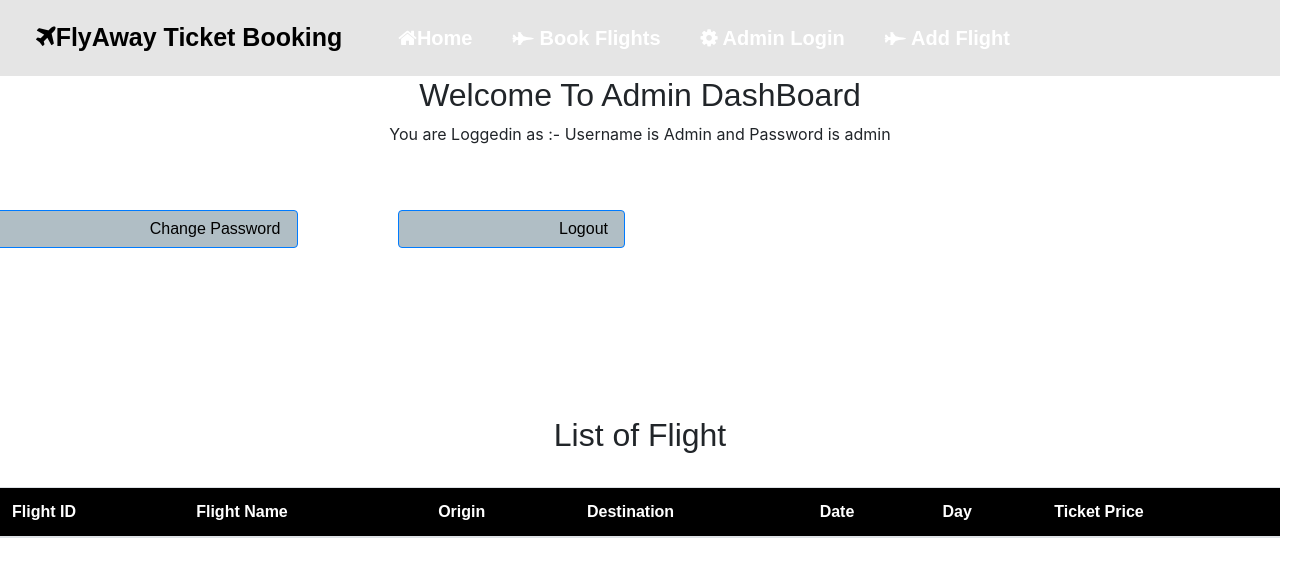
Repository: sayrabano/Phase2-project
Page: http://localhost/FlyAway/adminDashboard.jsp
The author's editor kept a copy of each file at every save. The page is drawn from the files as they stood at one save, then again after the next save.
The browser window is 1280 px wide. The page is 1295 px wide, so the pictures cover 1295 px, including what lies to the right of the window. The pictures show the whole page.
Some web fonts or font styles are not loaded; a fallback is used. The page is served by Tomcat 9. Other server files are loaded and not shown. Queries for data that is not in the repository find no rows.

Above is the page before, as saved 2021-09-24 20:12:56.

### FlyAway/src/main/webapp/adminDashboard.jsp
<%@ page language="java" contentType="text/html; charset=ISO-8859-1"
	pageEncoding="ISO-8859-1"%>
<%@page import="java.sql.*"%>
<%@page import=" com.flyaway.LogIn"%>

<%
String driverName = "com.mysql.cj.jdbc.Driver";
String Url = "jdbc:mysql://localhost:3306/flyaway";

String userId = "root";
String password = "say123";

try {
	Class.forName(driverName);
} catch (ClassNotFoundException e) {
	e.printStackTrace();
}
Connection connection = null;
Statement statement = null;
ResultSet resultSet = null;
%>

<!DOCTYPE html>
<html>
<head>
<meta charset="ISO-8859-1">
<title>FlyAway</title>
<link rel="stylesheet"
	href="https://cdnjs.cloudflare.com/ajax/libs/font-awesome/4.7.0/css/font-awesome.min.css">
<!-- Required meta tags -->
<meta charset="utf-8">
<meta name="viewport"
	content="width=device-width, initial-scale=1, shrink-to-fit=no">

<!-- Bootstrap CSS -->
<link rel="stylesheet"
	href="https://maxcdn.bootstrapcdn.com/bootstrap/4.0.0/css/bootstrap.min.css"
	integrity="sha384-Gn5384xqQ1aoWXA+058RXPxPg6fy4IWvTNh0E263XmFcJlSAwiGgFAW/dAiS6JXm"
	crossorigin="anonymous">
<link rel="stylesheet"
	href="https://cdnjs.cloudflare.com/ajax/libs/font-awesome/4.7.0/css/font-awesome.min.css">
<link
	href="https://fonts.googleapis.com/css2?family=Baloo+Bhai+2:wght@500&display=swap"
	rel="stylesheet">
<link
	href="https://fonts.googleapis.com/css2?family=Ubuntu:ital,wght@1,700&display=swap"
	rel="stylesheet">
<link rel="stylesheet" href="CSS/style7.css" />
<style>
</style>
</head>

<body>

	<nav class="navbar navbar-expand-lg navbar-light bg-custom" id="navbar">





		<a class="navbar-brand" id="tag"><i class="fa fa-plane"
			aria-hidden="true"></i>FlyAway Ticket Booking</a>


		<div class="collapse navbar-collapse" id="navbarSupportedContent">
			<ul class="navbar-nav mr-auto">
				<li class="nav-item"><a class="nav-link" href="Home.jsp"> <i
						class="fa fa-home" aria-hidden="true"></i>Home
				</a></li>

				<li class="nav-item"><a class="nav-link"
					href="option-flightsearch.jsp"><i class="fa fa-fighter-jet"></i>
						Book Flights </a></li>
				<li class="nav-item"><a href="Login.jsp" class="nav-link"><i
						class="fa fa-gear"></i> Admin Login</a></li>
						<li class="nav-item"><a href="#" class="nav-link">
						<i class="fa fa-fighter-jet"></i> Add Flight</a></li>




			</ul>



		</div>

	</nav>


	<div>
		<h2>Welcome To Admin DashBoard</h2>
		<p style="text-align:center;">You are Loggedin as :- Username is <%=LogIn.username %>  and Password is <%=LogIn.password %> </p>

	<br><br>

	</div>
	<div class="row" align="center">
	<div class="col-lg-3 col-md-4 col-sm-4 mb-4">
           <form action="Changepassword.jsp" method="get">
           <button type="submit" class="btn btn-primary btn">Change Password</button>
		</form>
        </div>
        <div class="col-lg-3 col-md-4col-sm-6 mb-4">
            <form action="LogOut" method="get">
           <button type="submit" class="btn btn-primary btn">Logout</button>
		</form>
        </div>

        </div>
        </div>
         <br><br><br><br><br><br>
               <center><h2>List of Flight</h2></center><br>

				<table class="table table-bodered table striped" align="center">
					<thead class="thead">
						<tr>
							<th scope="col">Flight ID</th>
							<th scope="col">Flight Name</th>
							<th scope="col">Origin</th>
							<th scope="col">Destination</th>
							<th scope="col">Date</th>
							<th scope="col">Day</th>
							<th scope="col">Ticket Price</th>
						</tr>
					</thead>
					<tbody class="tbody">


						<%
						try {
							connection = DriverManager.getConnection(Url, userId, password);
							statement = connection.createStatement();
							String sql = "SELECT * FROM flight_list";
							resultSet = statement.executeQuery(sql);
							while (resultSet.next()) {
						%>
						<tr>
							<td><%=resultSet.getString("Id")%></td>
							<td><%=resultSet.getString("Flight")%></td>
							<td><%=resultSet.getString("Origin")%></td>
							<td><%=resultSet.getString("Destination")%></td>
							<td><%=resultSet.getString("Day")%></td>
							<td><%=resultSet.getString("Date")%></td>
							<td><%=resultSet.getString("Ticket_Price")%></td>
						</tr>
						<%
						}
						} catch (Exception e) {
						e.printStackTrace();
						}

						%>
					</tbody>
				</table>

</body>
</html>

### FlyAway/src/main/webapp/CSS/style7.css
@charset "ISO-8859-1";
@charset "ISO-8859-1";

#navbar{
background-color:rgba(0,0,0,.1) ;
font-family:'Ubuntu', sans-serif;

}


#navbar ul li a{
	color:white;

	font-size:20px;
	font-weight:bold;
	padding:15px 20px;

}
#navbar ul li a:hover{
	color:black;
	background-color:white;
	border-radius:18px;


}


#tag{
	font-size:25px;
 color:black;
 font-weight:bold;


	float:right;
	padding: 10px 20px;

}
#gear{
	margin:2px;
	padding:10px;



}
#gear a:hover{



	background-color:white;


}
h2{
	text-align:center;
	font-family:'Ubuntu', sans-serif;
}
.btn{
	color:black;
	padding-left:10rem;
	padding-right:1rem;
	margin-top: 15;

   background-color:#b0bec5;
	font-family:'Ubuntu', sans-serif;
	float:right;
    display:flex;


}
.thead{
	background-color:#000000;
	font-family:'Ubuntu', sans-serif;
	color:white;
}
.tbody{
	background-color:#b0bec5;
	font-family:'Ubuntu', sans-serif;
}

After the next save:
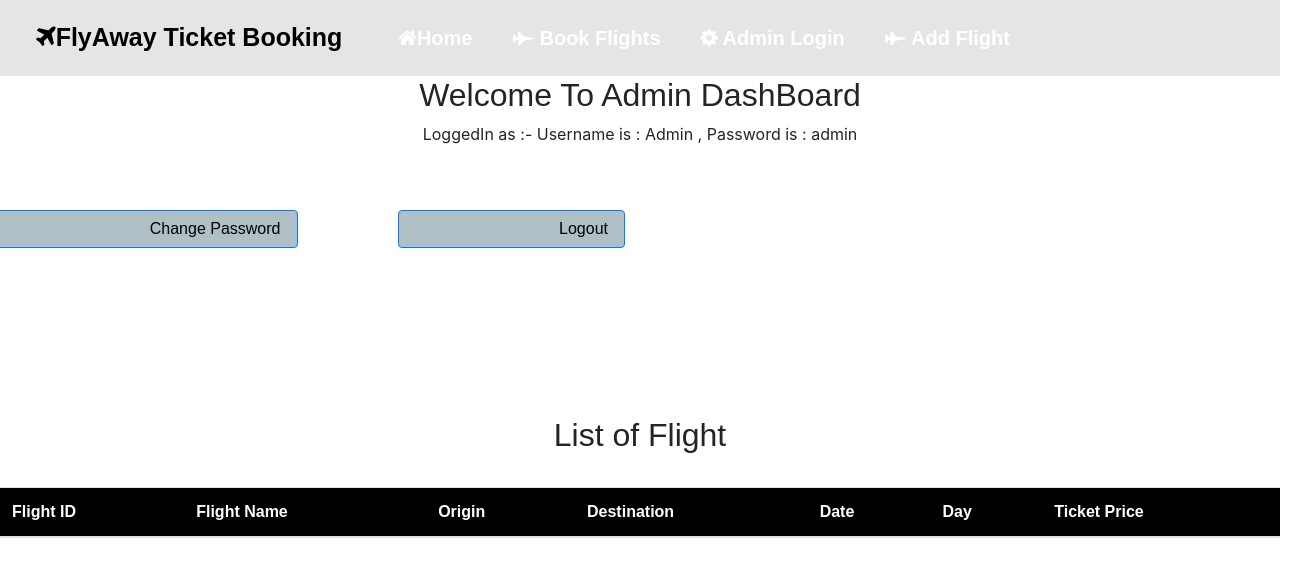
Saved 85 s later.
--- a/FlyAway/src/main/webapp/adminDashboard.jsp
+++ b/FlyAway/src/main/webapp/adminDashboard.jsp
@@ -90,7 +90,7 @@ ResultSet resultSet = null;
 
 	<div>
 		<h2>Welcome To Admin DashBoard</h2>
-		<p style="text-align:center;">You are Loggedin as :- Username is <%=LogIn.username %>  and Password is <%=LogIn.password %> </p>
+		<p style="text-align:center;"> LoggedIn as :- Username is : <%=LogIn.username %>  , Password is : <%=LogIn.password %> </p>
 
 	<br><br>
 
